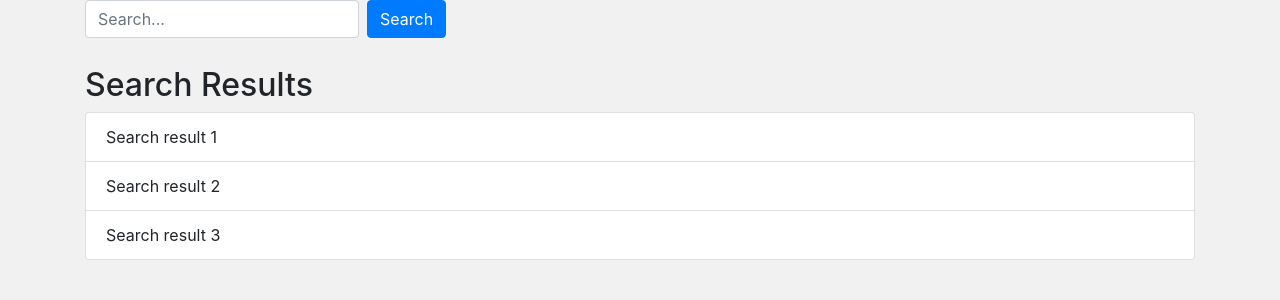
Repository: roistyx/ask-ChatGBT-travel-recommendations
Page: Backend/src/views/main.html
An editor plug-in stored every save of this project. The page is shown before and after the next save, followed by the edit.
The browser window is 1280 px wide. The pictures show the whole page.

Above is the page before, as saved 2023-03-20 11:40:20.

After the next save:
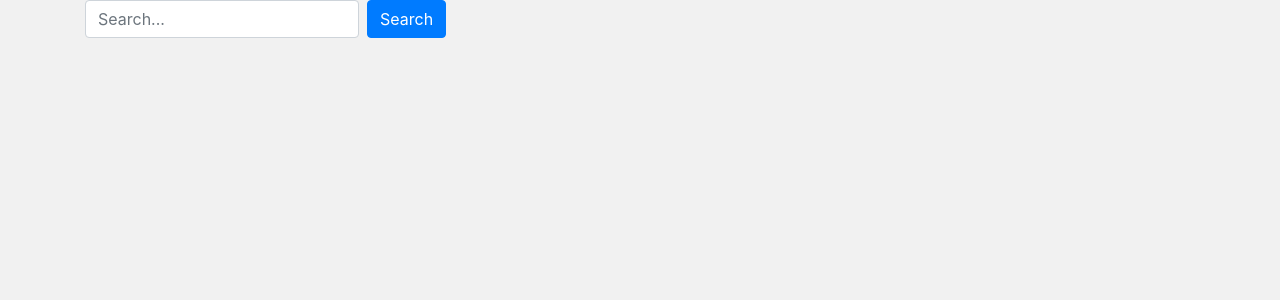
Saved 18 s later.
--- a/Backend/src/views/main.html
+++ b/Backend/src/views/main.html
@@ -2,79 +2,25 @@
 <html>
 
 <head>
-    <title>Bootstrap Search Form with Search Results</title>
+    <title>Bootstrap Search Form with Submit Button</title>
     <link rel="stylesheet" href="https://stackpath.bootstrapcdn.com/bootstrap/4.3.1/css/bootstrap.min.css">
     <style>
         body {
             background-color: #f1f1f1;
-        }
-
-        .search-results {
-            margin-top: 20px;
         }
     </style>
 </head>
 
 <body>
     <div class="container">
-        <form class="form-inline" action="#" method="get">
+        <form class="form-inline" action="https://www.google.com/search" method="get">
             <div class="form-group mb-2">
                 <label for="search-input" class="sr-only">Search</label>
                 <input type="text" class="form-control" id="search-input" name="q" placeholder="Search...">
             </div>
             <button type="submit" class="btn btn-primary mb-2 ml-2">Search</button>
         </form>
-        <div class="search-results">
-            <h2>Search Results</h2>
-            <ul class="list-group">
-                <li class="list-group-item">Search result 1</li>
-                <li class="list-group-item">Search result 2</li>
-                <li class="list-group-item">Search result 3</li>
-            </ul>
-        </div>
     </div>
-
-    <script>
-        const form = document.querySelector('form');
-        const searchInput = document.querySelector('#search-input');
-        const searchResults = document.querySelector('#search-results');
-
-        form.addEventListener('submit', async (event) => {
-            event.preventDefault();
-            searchResults.innerHTML = "Loading..."
-            const query = searchInput.value;
-            const apiUrl = 'http://localhost:4000/free-search'
-            const requestBody = { query };
-            try {
-                const response = await fetch(apiUrl, {
-                    method: 'POST',
-                    headers: {
-                        'Content-Type': 'application/json'
-                    },
-                    body: JSON.stringify({ query: query })
-                });
-                // const response = await fetch('https://6416d60d3fbb68b01bff207d.mockapi.io/free-search/Location')
-                const { answer } = await response.json()
-
-                const obj = eval('(' + answer + ')');
-                console.log(obj);
-
-                let html = '';
-                // data.map((item) => {
-                //     html += `
-                //         <div>
-                //             <h3>${item.name}</h3>
-                //         </div>
-                //     `;
-                // });
-                searchResults.innerHTML = html;
-            } catch (error) {
-                // Handle error
-                console.error(error);
-                searchResults.innerHTML = 'An error occurred while searching.';
-            }
-        });
-    </script>
 </body>
 
 </html>

After the 2 saves that followed:
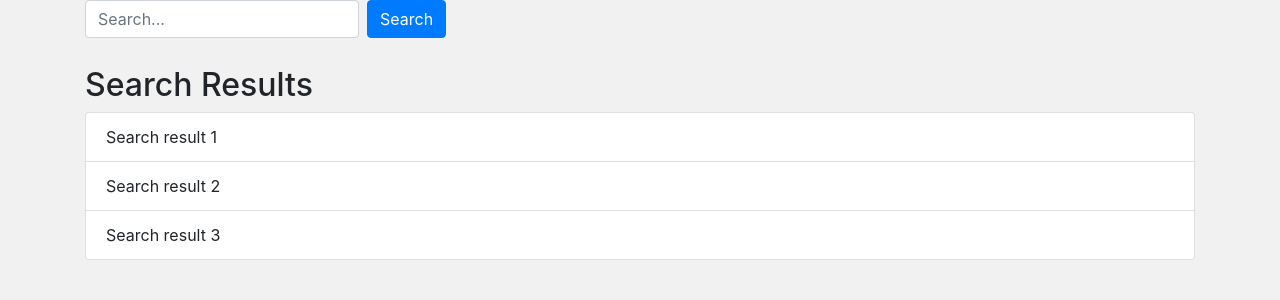
The 2 saves are shown as one change because 1 left the picture as it was.
The last was saved 17 s later.
--- a/Backend/src/views/main.html
+++ b/Backend/src/views/main.html
@@ -2,24 +2,36 @@
 <html>
 
 <head>
-    <title>Bootstrap Search Form with Submit Button</title>
+    <title>Bootstrap Search Form with Search Results</title>
     <link rel="stylesheet" href="https://stackpath.bootstrapcdn.com/bootstrap/4.3.1/css/bootstrap.min.css">
     <style>
         body {
             background-color: #f1f1f1;
+        }
+
+        .search-results {
+            margin-top: 20px;
         }
     </style>
 </head>
 
 <body>
     <div class="container">
-        <form class="form-inline" action="https://www.google.com/search" method="get">
+        <form class="form-inline" action="#" method="get">
             <div class="form-group mb-2">
                 <label for="search-input" class="sr-only">Search</label>
                 <input type="text" class="form-control" id="search-input" name="q" placeholder="Search...">
             </div>
             <button type="submit" class="btn btn-primary mb-2 ml-2">Search</button>
         </form>
+        <div class="search-results">
+            <h2>Search Results</h2>
+            <ul class="list-group">
+                <li class="list-group-item">Search result 1</li>
+                <li class="list-group-item">Search result 2</li>
+                <li class="list-group-item">Search result 3</li>
+            </ul>
+        </div>
     </div>
 </body>
 
